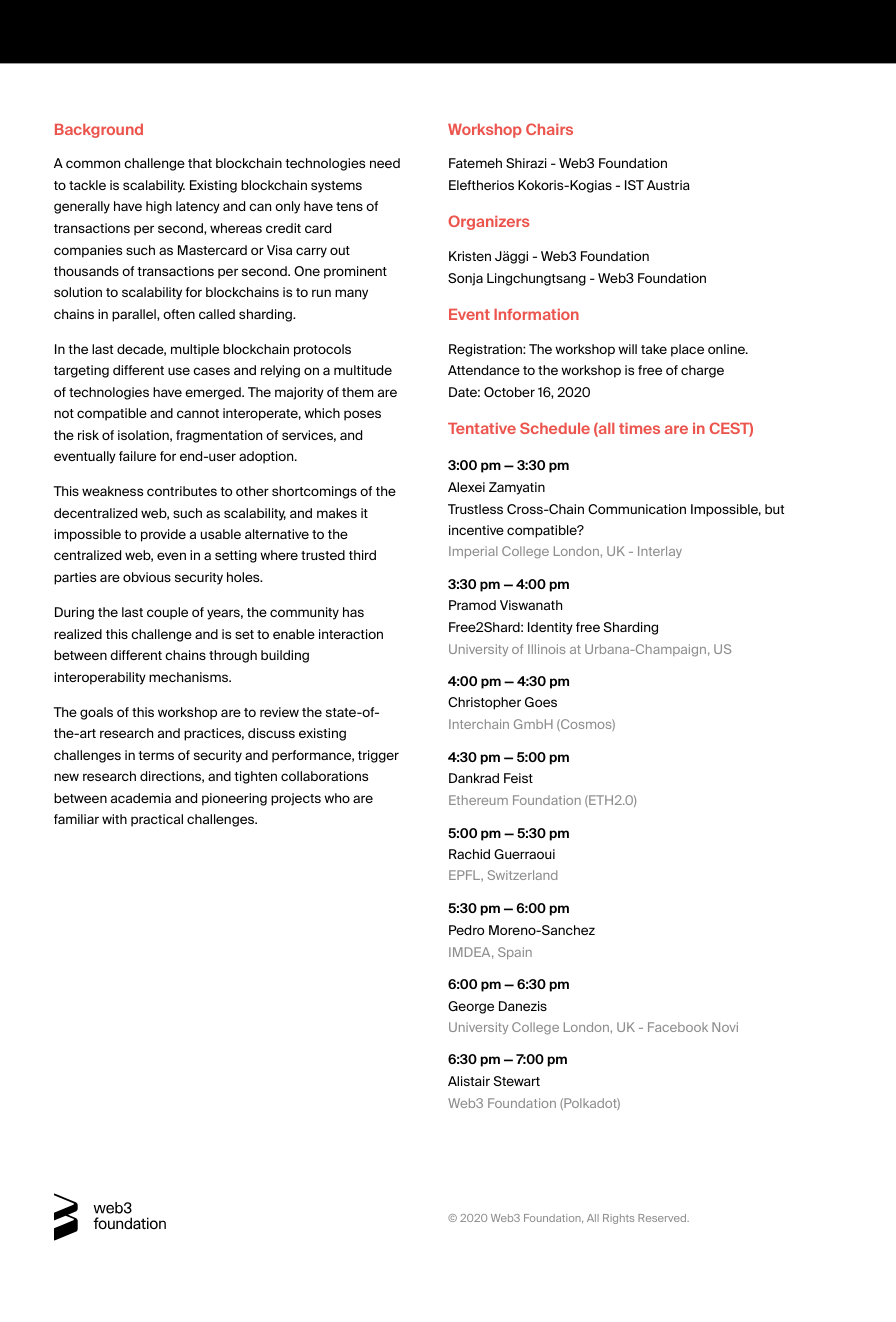
Repository: w3f-webops/disc2020-scalability-and-interoperability-workshop
Page: index.html
The author's editor kept a copy of each file at every save. The page is drawn from the files as they stood at one save, then again after the next save.
The browser window is 1280 px wide. The pictures show the part of the page from y = 791 to 2711 px (the page is 2680 px tall before and 2711 px after), at 70% of full size.

Above is the page before, as saved 2020-10-14 19:33:20.

After the next save:
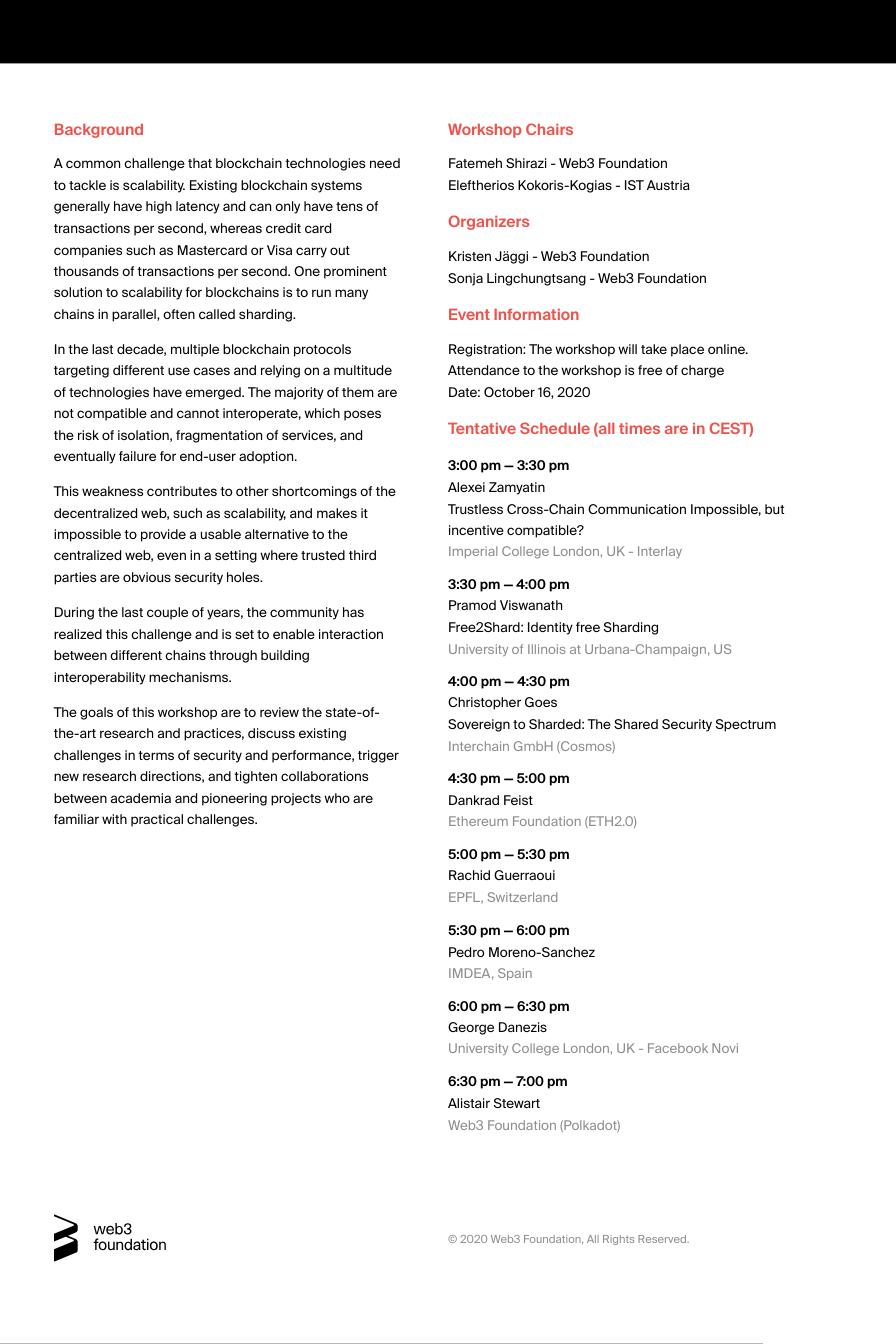
Saved 43 s later.
--- a/index.html
+++ b/index.html
@@ -94,6 +94,7 @@
                             <li class="schedule-entry">
                                 <div class="schedule-date">4:00 pm &mdash; 4:30 pm</div>
                                 <div class="schedule-speaker">Christopher Goes</div>
+                                <div class="schedule-topic">Sovereign to Sharded: The Shared Security Spectrum</div>
                                 <div class="schedule-position">Interchain GmbH (Cosmos)</div>
                             </li>
                             <li class="schedule-entry">
